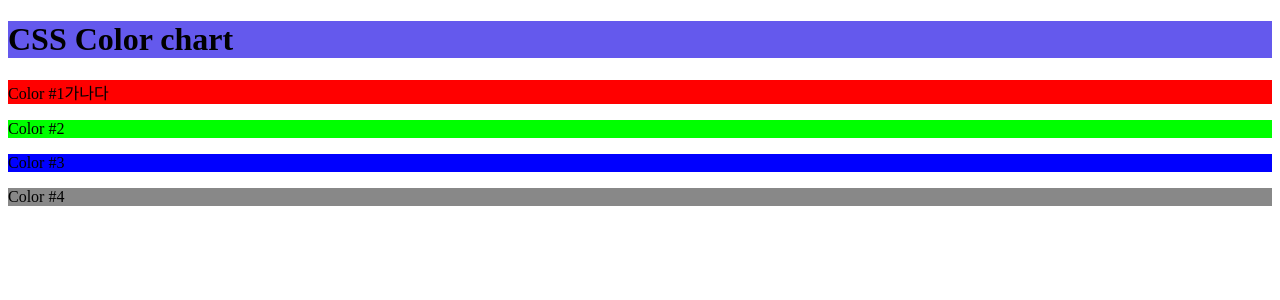
Repository: daehyeonhong/HTML
Page: ch04/WebContent/css/colorcss.html
An editor plug-in stored every save of this project. The page is shown before and after the next save, followed by the edit.
The browser window is 1280 px wide. The pictures show the whole page.

Above is the page before, as saved 2020-05-19 03:46:55.

### ch04/WebContent/css/colorcss.html
<!DOCTYPE html>
<html>
<head>
<meta charset="UTF-8">
<title>Insert title here</title>
<style>
/* 선택자.클래스명: 선택자중에 클래스명인 것
	선택자 .클래스명:조상인 선택자 내의 자손 요소중에 클래스가 클래스명인 요소
	#RRGGBB; -> #RGB;
	*/
h1 {
	background-color: #6459ed;
}

p.a {
	background-color: #f00;
}

p.b {
	background-color: #0f0
}

p.c {
	background-color: #00f
}

p.d {
	background-color: #888
}
</style>
</head>
<body>
	<h1>CSS Color chart</h1>
	<p class="a">
		Color #1<span class="a">가나다</span>
	</p>
	<p class="b">Color #2</p>
	<p class="c">Color #3</p>
	<p class="d">Color #4</p>
</body>
</html>

After the next save:
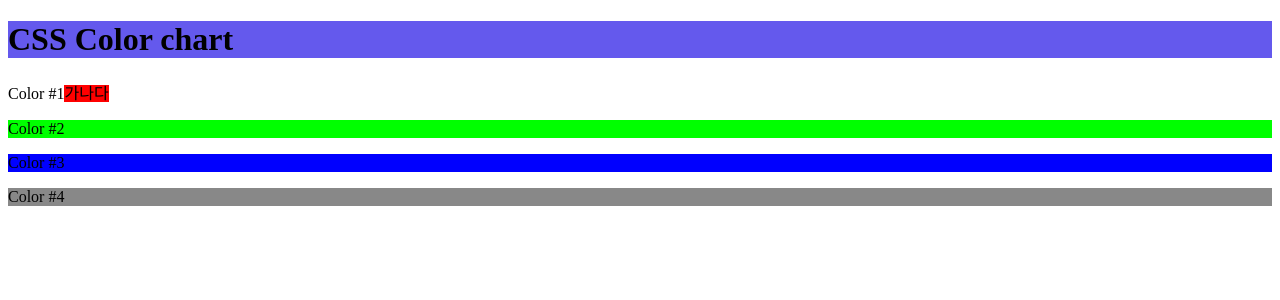
Saved 7 s later.
--- a/ch04/WebContent/css/colorcss.html
+++ b/ch04/WebContent/css/colorcss.html
@@ -12,7 +12,7 @@ h1 {
 	background-color: #6459ed;
 }
 
-p.a {
+p .a {
 	background-color: #f00;
 }
 
